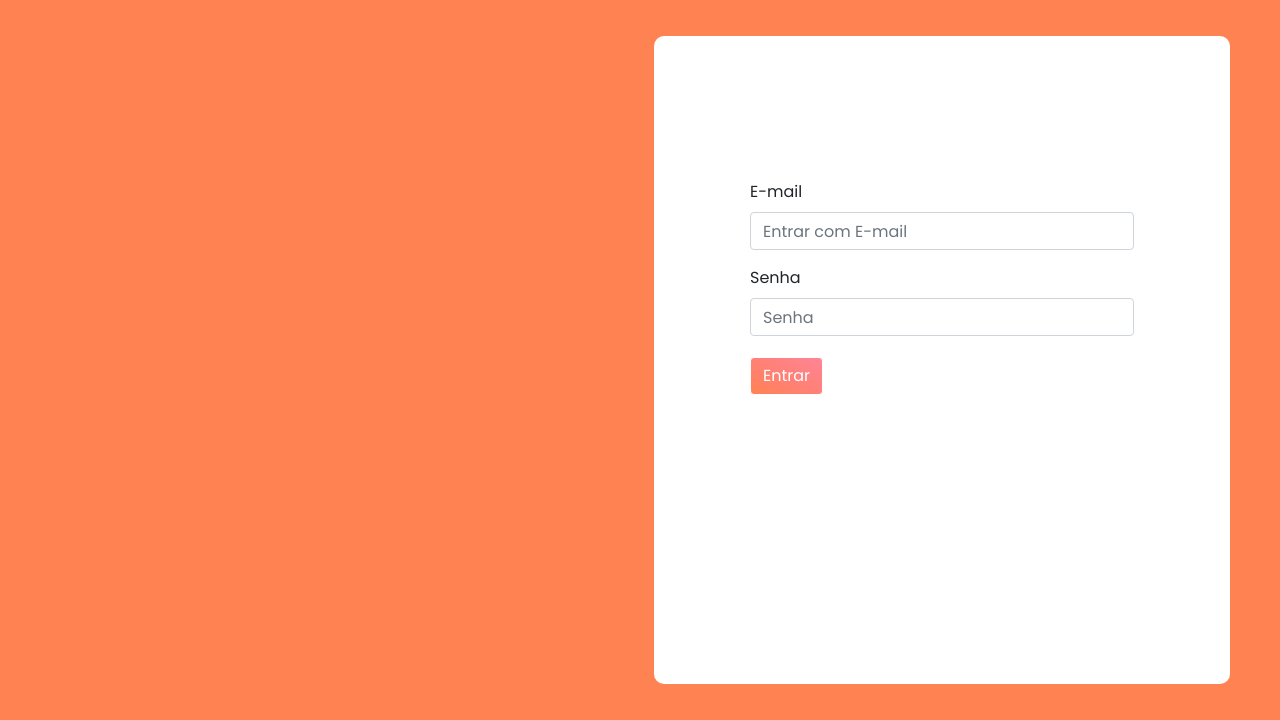
Repository: MilenaMelo/WebSite-PetCheers
Page: /login
An editor plug-in stored every save of this project. The page is shown before and after the next save, followed by the edit.
The browser window is 1280 px wide. The pictures show the whole page.
The project was rebuilt for these pictures with package versions that can differ from the ones it lists, and the page was loaded fresh each time.

Above is the page before, as saved 2020-08-20 16:11:52.

### src/main.js
import Vue from 'vue'
import App from './App.vue'
import router from './router'
import FirebaseVue from './firebase'
import './assets/scss/app.scss'

Vue.use(FirebaseVue)
Vue.config.productionTip = false

new Vue({
  router,
  render: h => h(App)
}).$mount('#app')

### src/App.vue
<template>
  <div id="app">
    <!-- <base-spinner/> -->
    <router-view/>
  </div>
</template>

<script>
// import BaseSpinner from './components/global/BaseSpinner'

// export default {
//   components: {
//     BaseSpinner
//   },
//   mounted () {
//     console.log(this.$firebase)
//   }
// }
</script>

<style lang="scss">
</style>

### src/router/index.js
import Vue from 'vue'
import VueRouter from 'vue-router'

Vue.use(VueRouter)

const routes = [
  {
    path: '/',
    name: 'home',
    component: () => import(/* webpackChunkName: "home" */ '../pages/home/Home')
  },
  {
    path: '/login',
    name: 'login',
    // route level code-splitting
    // this generates a separate chunk (login.[hash].js) for this route
    // which is lazy-loaded when the route is visited.
    component: () => import(/* webpackChunkName: "login" */ '../pages/login/Login')
  }
]

const router = new VueRouter({
  mode: 'history',
  base: process.env.BASE_URL,
  routes
})

export default router

### src/firebase/index.js
// eslint-disable-next-line no-unused-vars
import firebase from 'firebase/app'
import 'firebase/auth'
import 'firebase/storage'
import 'firebase/database'

export const firebaseApp = firebase.initializeApp({
  apiKey: process.env.VUE_APP_API_KEY,
  authDomain: process.env.VUE_APP_AUTH_DOMAIN,
  databaseURL: process.env.VUE_APP_DATABASE_URL,
  projectId: process.env.VUE_APP_PROJECT_ID,
  storageBucket: process.env.VUE_APP_STORAGE_BUCKET,
  messagingSenderId: process.env.VUE_APP_MESSAGING_SENDER_ID,
  appId: process.env.VUE_APP_APP_ID,
  measurementId: process.env.VUE_APP_MEASUREMENT_ID
})

export default function install (Vue) {
  Object.defineProperty(Vue.prototype, '$firebase', {
    get () {
      return firebaseApp
    }
  })
}

### src/assets/scss/app.scss
@import url('https://fonts.googleapis.com/css?family=Poppins');
@import '../../../node_modules/bootstrap/dist/css/bootstrap.css';
@import '../../../node_modules/@fortawesome/fontawesome-free/css/all.css';
@import '_variables';

* {
  font-family: 'Avenir', 'Poppins', sans-serif;
}

### src/pages/login/Login.vue
<template>
  <div class="login">
    <div class="login-left">
    </div>
    <div class="login-right">
      <form class="form-login">
        <div class="form-group">
          <label for="exampleInputEmail1">E-mail</label>
          <input
            type="email"
            class="form-control"
            id="exampleInputEmail1"
            aria-describedby="emailHelp"
            placeholder="Entrar com E-mail"
          />
          <small
            id="emailHelp"
            class="form-text text-muted"/>
        </div>
        <div class="form-group">
          <label for="exampleInputPassword1">Senha</label>
          <input
            type="password"
            class="form-control"
            id="exampleInputPassword1"
            placeholder="Senha"
          />
        </div>
        <button type="submit" class="btn btn-primary">Entrar</button>
      </form>
    </div>
  </div>
</template>

<script>
export default {}
</script>

<style lang="scss" scoped>
.login {
  display: flex;
  justify-content: space-between;
  align-items: center;
  height: 100vh;
  background-color: var(--orange);
  padding-right: 50px;
  padding-left: 50px;
}
.login-right {
  display: flex;
  justify-content: center;
  align-items: center;
  background-color: #ffffff;
  width: 45vw;
  height: 90vh;
  border-radius: 10px;
  .btn-primary {
    margin-top: 5px;
    background-image: linear-gradient(to right top, #ff8352, #ff8165, #ff8177, #ff8287, #ff8597);
    border-color: #ffffff;
    background-color: var(--orange);
  }
}
.form-login {
  width: 30vw;
  height: 50vh;
}
</style>

### src/assets/scss/_variables.scss
$orange: #FF8352 !important;
$pink: #FF8597 !important;
$salmon: #C17D75 !important;
$brown: #8D6E63 !important;
$green: #558B2F !important;
$grey: #EDE9D0 !important;

:root {
    --orange: #{$orange};
    --pink: #{$pink};
    --salmon: #{$salmon};
    --brown: #{$brown};
    --green: #{$green};
    --grey: #{$grey};
  }

Loaded but not shown: public/index.html (common file)

After the next save:
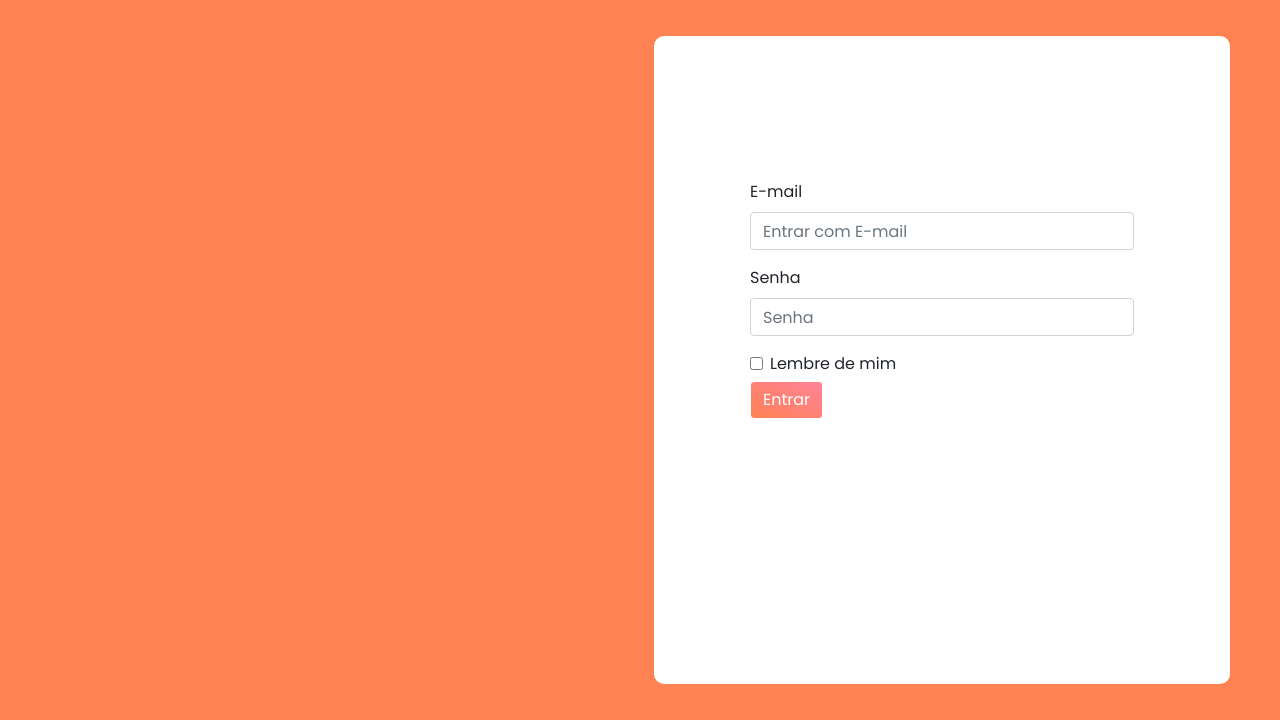
Saved 56 s later.
--- a/src/pages/login/Login.vue
+++ b/src/pages/login/Login.vue
@@ -25,6 +25,10 @@
             id="exampleInputPassword1"
             placeholder="Senha"
           />
+        </div>
+        <div class="form-check">
+          <input type="checkbox" class="form-check-input" id="exampleCheck1" />
+          <label class="form-check-label" for="exampleCheck1">Lembre de mim</label>
         </div>
         <button type="submit" class="btn btn-primary">Entrar</button>
       </form>

After the save that followed:
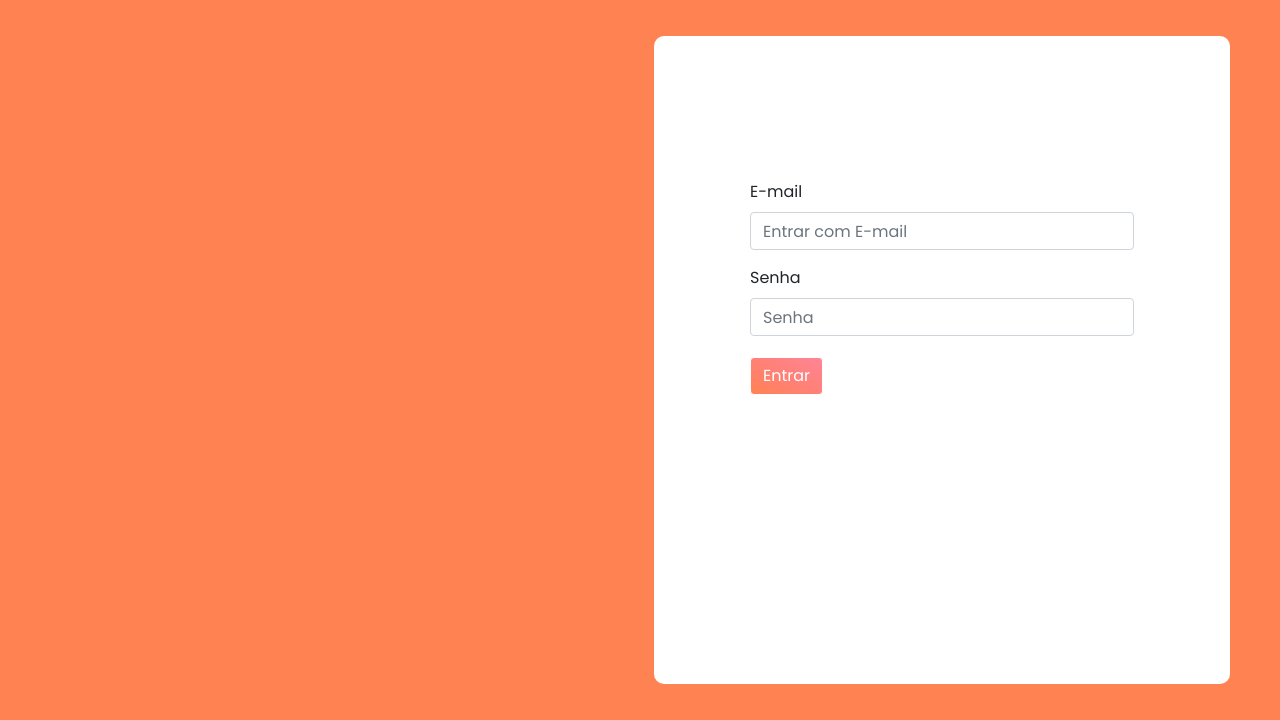
Saved 12 s later.
--- a/src/pages/login/Login.vue
+++ b/src/pages/login/Login.vue
@@ -26,10 +26,10 @@
             placeholder="Senha"
           />
         </div>
-        <div class="form-check">
+        <!-- <div class="form-check">
           <input type="checkbox" class="form-check-input" id="exampleCheck1" />
           <label class="form-check-label" for="exampleCheck1">Lembre de mim</label>
-        </div>
+        </div> -->
         <button type="submit" class="btn btn-primary">Entrar</button>
       </form>
     </div>
